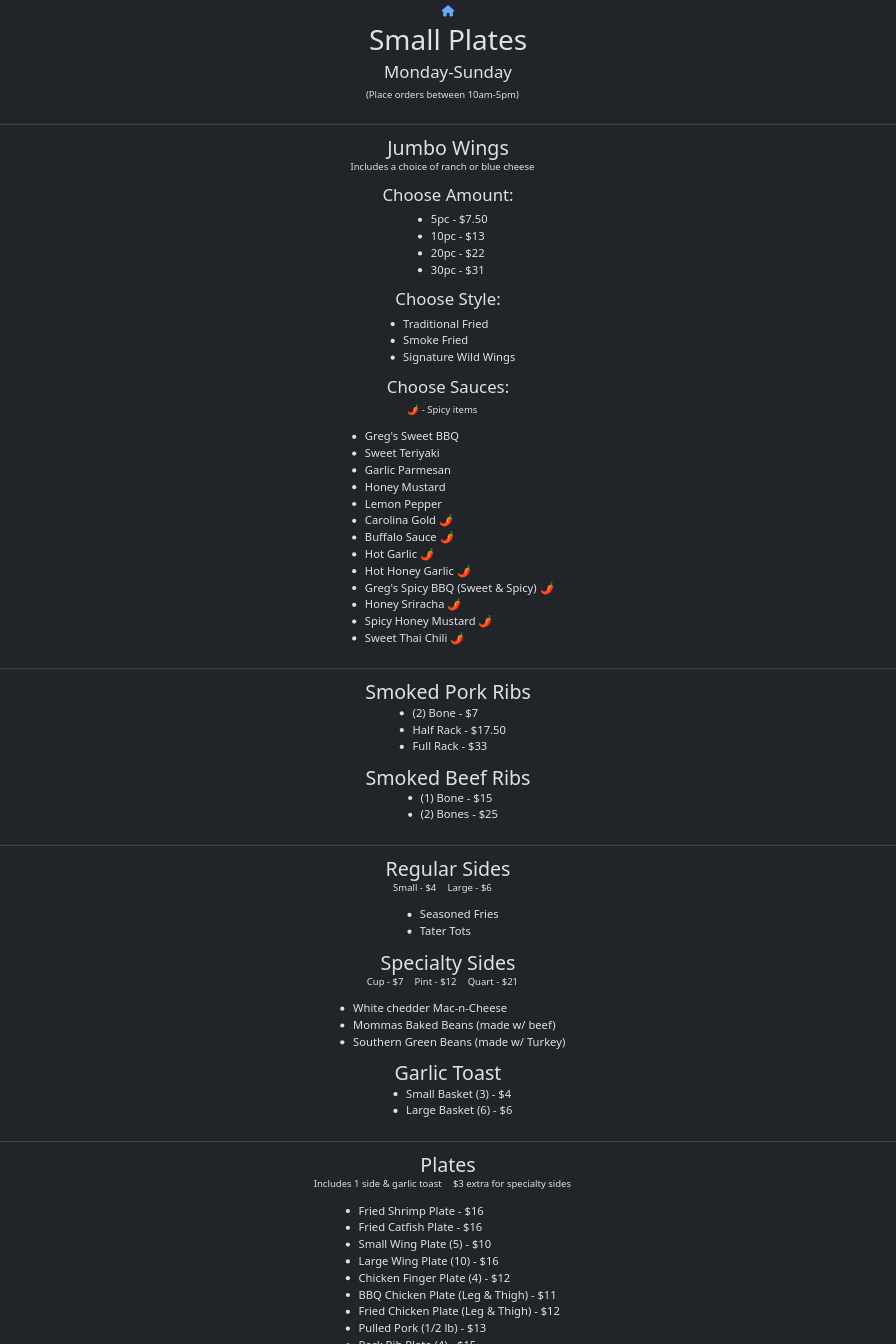
Repository: dukedward/smokehousemenu
Page: plates/index.html
The author's editor kept a copy of each file at every save. The page is drawn from the files as they stood at one save, then again after the next save.
The browser window is 1280 px wide. The pictures show the part of the page from y = 0 to 1920 px (the page is 2572 px tall before and 2675 px after), at 70% of full size.
Some web libraries are served in a nearby version.

Above is the page before, as saved 2023-03-06 12:07:34.

### plates/index.html
<!DOCTYPE html>
<html lang="en" data-bs-theme="dark">
<head>
    <meta charset="UTF-8">
    <meta http-equiv="X-UA-Compatible" content="IE=edge">
    <meta name="viewport" content="width=device-width, initial-scale=1.0">
    <link rel="stylesheet" href="https://cdnjs.cloudflare.com/ajax/libs/font-awesome/6.3.0/css/all.min.css" integrity="sha512-SzlrxWUlpfuzQ+pcUCosxcglQRNAq/DZjVsC0lE40xsADsfeQoEypE+enwcOiGjk/bSuGGKHEyjSoQ1zVisanQ==" crossorigin="anonymous" referrerpolicy="no-referrer" />
    <link href="https://cdn.jsdelivr.net/npm/bootstrap@5.3.0-alpha1/dist/css/bootstrap.min.css" rel="stylesheet" integrity="sha384-GLhlTQ8iRABdZLl6O3oVMWSktQOp6b7In1Zl3/Jr59b6EGGoI1aFkw7cmDA6j6gD" crossorigin="anonymous">
    <link rel="stylesheet" href="../style.css" />
    <link rel="shortcut icon" href="../images/favicon.ico" type="image/x-icon">
    <title>Small Plates</title>
</head>
<body>
    <div class="title">
        <a href="/">
            <i class="fa-solid fa-house mt-2 mb-2"></i>
        </a>
        <h1>Small Plates</h1>
        <h4>Monday-Sunday</h4>
        <p>(Place orders between 10am-5pm)</p>
    </div>
    <hr>
    <div class="sections">
        <div class="sect">
            <h3>Jumbo Wings</h3>
            <div class="desc">
                <p>Includes a choice of ranch or blue cheese</p>
            </div>
            <div class="sub-sect">
                <h4>Choose Amount:</h4>
                <ul>
                    <li>5pc - $7.50</li>
                    <li>10pc - $13</li>
                    <li>20pc - $22</li>
                    <li>30pc - $31</li>
                </ul>
            </div>
            <div class="sub-sect">
                <h4>Choose Style:</h4>
                <ul>
                    <li>Traditional Fried</li>
                    <li>Smoke Fried</li>
                    <li>Signature Wild Wings</li>
                </ul>
            </div>
            <div class="sub-sect">
                <h4>Choose Sauces:</h4>
                <div class="desc">
                    <p>🌶️ - Spicy items</p>
                </div>
                <ul>
                    <li>Greg's Sweet BBQ</li>
                    <li>Sweet Teriyaki</li>
                    <li>Garlic Parmesan</li>
                    <li>Honey Mustard</li>
                    <li>Lemon Pepper</li>
                    <li>Carolina Gold 🌶️</li>
                    <li>Buffalo Sauce 🌶️</li>
                    <li>Hot Garlic 🌶️</li>
                    <li>Hot Honey Garlic 🌶️</li>
                    <li>Greg's Spicy BBQ (Sweet & Spicy) 🌶️</li>
                    <li>Honey Sriracha 🌶️</li>
                    <li>Spicy Honey Mustard 🌶️</li>
                    <li>Sweet Thai Chili 🌶️</li>
                </ul>
            </div>
        </div>
        <hr>
        <div class="sect">
            <h3>Smoked Pork Ribs</h3>
            <ul>
                <li>(2) Bone - $7</li>
                <li>Half Rack - $17.50</li>
                <li>Full Rack - $33</li>
            </ul>
            <h3>Smoked Beef Ribs</h3>
            <ul>
                <li>(1) Bone - $15</li>
                <li>(2) Bones - $25</li>
            </ul>
        </div>
        <hr>
        <div class="sect">
            <h3>Regular Sides</h3>
            <div class="desc">
                <p>Small - $4</p>
                <p>Large - $6</p>
            </div>
            <ul>
                <li>Seasoned Fries</li>
                <li>Tater Tots</li>
            </ul>
            <h3>Specialty Sides</h3>
            <div class="desc">
                <p>Cup - $7</p>
                <p>Pint - $12</p>
                <p>Quart - $21</p>
            </div>
            <ul>
                <li>White chedder Mac-n-Cheese</li>
                <li>Mommas Baked Beans (made w/ beef)</li>
                <li>Southern Green Beans (made w/ Turkey)</li>
            </ul>
            <h3>Garlic Toast</h3>
            <ul>
                <li>Small Basket (3) - $4</li>
                <li>Large Basket (6) - $6</li>
            </ul>
        </div>
        <hr>
        <div class="sect">
            <h3>Plates</h3>
            <div class="desc">
                <p>Includes 1 side & garlic toast</p>
                <p>$3 extra for specialty sides</p>
            </div>
            <ul>
                <li>Fried Shrimp Plate - $16</li>
                <li>Fried Catfish Plate - $16</li>
                <li>Small Wing Plate (5) - $10</li>
                <li>Large Wing Plate (10) - $16</li>
                <li>Chicken Finger Plate (4) - $12</li>
                <li>BBQ Chicken Plate (Leg & Thigh) - $11</li>
                <li>Fried Chicken Plate (Leg & Thigh) - $12</li>
                <li>Pulled Pork (1/2 lb) - $13</li>
                <li>Pork Rib Plate (4) - $15</li>
                <li>Beef Short Rib Plate (1/2 lb) - $20</li>
                <li>Smoked Sausage (1 lb Sliced) - $12</li>
            </ul>
        </div>
        <hr>
        <div class="sect">
            <h3>Sandwiches</h3>
            <div class="desc">
                <p>Includes one side</p>
            </div>
            <ul>
                <li>Chicken Sandwich - $13</li>
                <li>Short Rib Sandwich - $18</li>
                <li>Sausage & Peppers Pork - $15</li>
                <li>Cheese Burger - $11</li>
            </ul>
            <h3>Sliders</h3>
            <div class="desc">
                <p>Includes one side and sauce of choice</p>
            </div>
            <ul>
                <li>Chicken Sliders - $12</li>
                <li>Pulled Pork Sliders - $14</li>
                <li>Beef Short Rib Sliders - $16</li>
                <li>Mix-n-Match Sliders - $15</li>
            </ul>
        </div>
        <hr>
        <div class="sect">
            <h3>Add Ons</h3>
            <ul>
                <li>Side Shrimp (1/4 lb) - $7</li>
                <li>Catfish (1) - $7</li>
                <li>Chicken Finger (1) - $3</li>
                <li>Pork Sausage (1) - $7</li>
            </ul>
        </div>
    </div>
    <script src="https://cdn.jsdelivr.net/npm/bootstrap@5.3.0-alpha1/dist/js/bootstrap.bundle.min.js" integrity="sha384-w76AqPfDkMBDXo30jS1Sgez6pr3x5MlQ1ZAGC+nuZB+EYdgRZgiwxhTBTkF7CXvN" crossorigin="anonymous"></script>
    <script src="../script.js"></script>
</body>
</html>

### style.css
.container {
    height: 100vh;
}

.title {
	display: flex;
	flex-direction: column;
	justify-content: center;
	align-items: center;
}

.sections {
	display: grid;
}

.sect, .sub-sect {
	display: flex;
	flex-direction: column;
	justify-content: left;
	align-items: center;
}

.sect h2,h3 {
    margin-bottom: 0;
}

.desc {
    display: flex;
    flex-direction: row;
    justify-content: space-between;
}

.desc p,.title p {
    padding-right: 1rem;
    font-size: .85rem;
}

### script.js
// Collecting DOM Elements
const title = document.querySelector('.title');
const sections = document.querySelector('.sections');
// const x = document.querySelector('');
// const x = document.querySelector('');
// const x = document.querySelector('');
// const x = document.querySelector('');
// const x = document.querySelector('');
// const x = document.querySelector('');

// API Data
const categories = [
    {
        name: 'Jumbo Wings',
        description: [
            {
                text: 'Includes a choice of ranch or blue cheese',
            },
        ],
    },
];
const products = [
    {
        name: 'Greg\'s Spicy BBQ (Sweet & Spicy) 🌶️',
        image: '',
        price: 0,
        category: '640533ab345c72c36a197c35'
    },
];
const subCategories = [
    {
        name: 'Choose Sauces',
        description: [
            {
                text: '🌶️ - Spicy Items',
            },
        ],
        category: {
            _id: '640533ab345c72c36a197c35',
        },
    },
];

document.body.onload = addElement;

function addElement() {
    // create a new div element
    const newDiv = document.createElement("div");
    newDiv.className = 'sect'

    // and give it some content
    const lineBreak = document.createElement("hr")

    const newTitle = document.createElement("h3");
    newTitle.innerHTML = categories[0].name

    const newDesc = document.createElement("div");
    newDesc.className = 'desc'
    const newText = document.createElement('p')
    newText.innerHTML = categories[0].description[0].text
    newDesc.appendChild(newText)

    // add the text node to the newly created div
    newDiv.appendChild(lineBreak)
    newDiv.appendChild(newTitle);
    newDiv.appendChild(newDesc);

    // add the newly created element and its content into the DOM
    const currentDiv = document.querySelector(".sections");
    document.body.insertAdjacentElement("afterbegin" ,title)
}

After the next save:
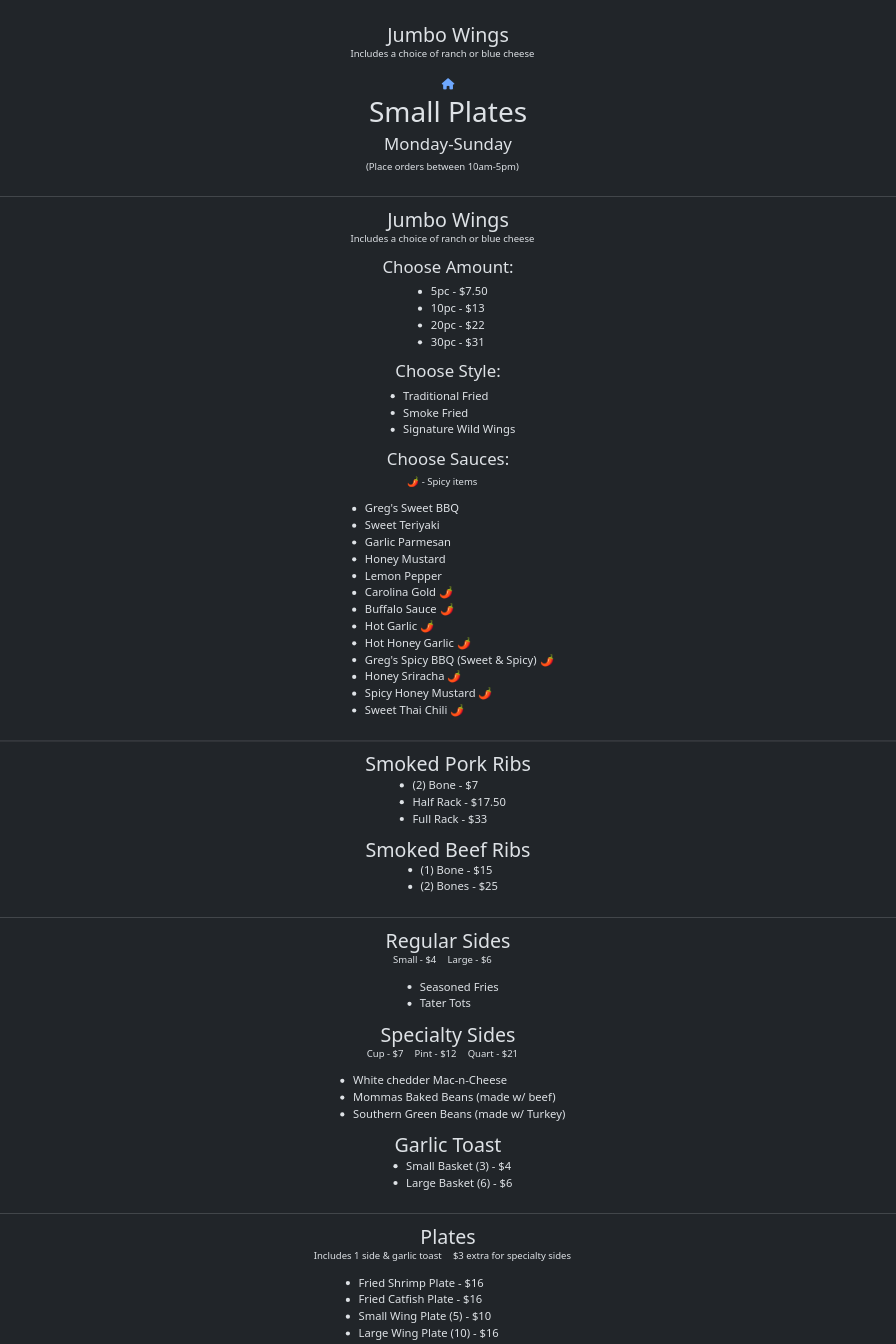
Saved 71 s later.
--- a/script.js
+++ b/script.js
@@ -67,5 +67,5 @@ function addElement() {
 
     // add the newly created element and its content into the DOM
     const currentDiv = document.querySelector(".sections");
-    document.body.insertAdjacentElement("afterbegin" ,title)
+    document.body.insertAdjacentElement("afterbegin" ,newDiv)
 }
